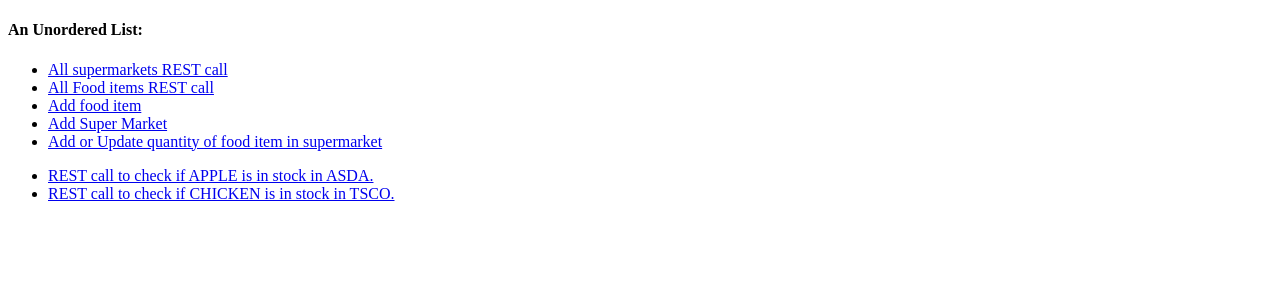
Repository: revatt/SuperMarket
Page: SuperMarketOld/web/pages/index.html
These files come from the project's save history. The page is drawn as it stood at one moment and after the next save; the edit follows.
The browser window is 1280 px wide. The pictures show the whole page.

Above is the page before, as saved 2013-10-06 23:45:15.

### SuperMarketOld/web/pages/index.html
<!DOCTYPE html>
<html>
<body>

<h4>An Unordered List:</h4>
<ul>
  <li><a href="rest/foodmarket/supermarkets">All supermarkets REST call</a></li>
  <li><a href="rest/foodmarket/fooditems">All Food items REST call</a></li>
  <li><a href="addFoodItem.html">Add food item</a></li>
  <li><a href="addSuperMarket.html">Add Super Market</a></li>
  <li><a href="addUpdateQuantity.html">Add or Update quantity of food item in supermarket</a></li>
</ul>

<ul>
	<li><a href="rest/foodmarket/fooditems/ASDA/APPLE">REST call to check if APPLE is in stock in ASDA.</a></li>
	<li><a href="rest/foodmarket/fooditems/TSCO/CHICKEN">REST call to check if CHICKEN is in stock in TSCO.</a></li>
</ul>


</body>
</html>

After the next save:
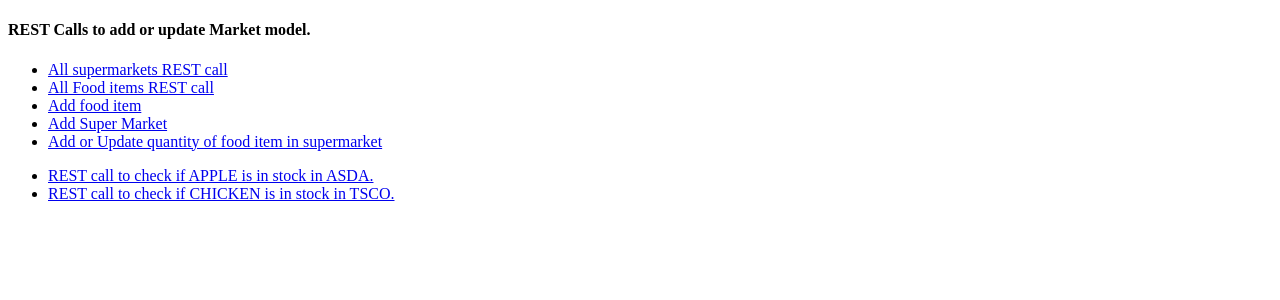
Saved 90 s later.
--- a/SuperMarketOld/web/pages/index.html
+++ b/SuperMarketOld/web/pages/index.html
@@ -2,7 +2,7 @@
 <html>
 <body>
 
-<h4>An Unordered List:</h4>
+<h4>REST Calls to add or update Market model.</h4>
 <ul>
   <li><a href="rest/foodmarket/supermarkets">All supermarkets REST call</a></li>
   <li><a href="rest/foodmarket/fooditems">All Food items REST call</a></li>
